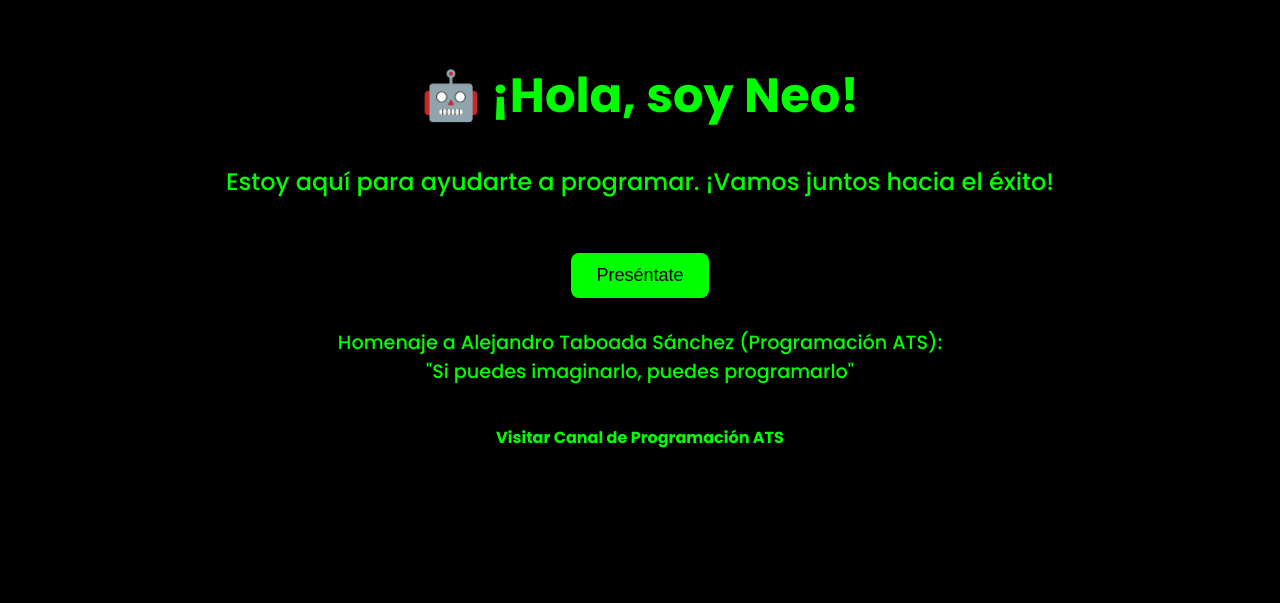
Repository: TapZc/getya_proyect
Page: Neo2.html
These files come from the project's save history. The page is drawn as it stood at one moment and after the next save; the edit follows.
The browser window is 1280 px wide. The pictures show the whole page.

Above is the page before, as saved 2025-02-19 00:05:27.

### Neo2.html
<!DOCTYPE html>
<html lang="es">
  <head>
    <meta charset="UTF-8" />
    <meta name="viewport" content="width=device-width, initial-scale=1.0" />
    <title>Neo 2.4 - Tu Ayudante Programador</title>
    <link rel="preconnect" href="https://fonts.googleapis.com">
    <link href="https://fonts.googleapis.com/css2?family=Poppins:wght@300;500;700&display=swap" rel="stylesheet">
    <style>
      body {
        font-family: 'Poppins', sans-serif;
        background-color: #000;
        color: #00FF00;
        text-align: center;
        margin-top: 60px;
      }
      h1 {
        font-size: 3rem;
        animation: aparecer 1.5s ease-out;
      }
      p {
        font-size: 1.5rem;
        margin-top: 20px;
        transition: all 0.5s ease;
      }
      button {
        margin-top: 30px;
        padding: 12px 25px;
        font-size: 18px;
        background-color: #00FF00;
        color: #000;
        border: none;
        border-radius: 8px;
        cursor: pointer;
        transition: background-color 0.3s ease, transform 0.2s ease;
      }
      button:hover {
        background-color: #00cc00;
        transform: scale(1.1);
      }
      #nombre-container, #ejercicio-container {
        display: none;
        margin-top: 20px;
      }
      #nombre-input, #respuesta-input {
        padding: 10px 20px;
        font-size: 18px;
        border: 2px solid #00FF00;
        border-radius: 25px;
        background-color: #000;
        color: #00FF00;
        outline: none;
        text-align: center;
        width: 60%;
      }
      #enviar-nombre, #enviar-respuesta {
        margin-left: 10px;
        padding: 10px 20px;
        font-size: 18px;
        background-color: #00FF00;
        color: #000;
        border: none;
        border-radius: 25px;
        cursor: pointer;
      }
      a {
        color: #00FF00;
        text-decoration: none;
        font-weight: bold;
        margin-top: 20px;
        display: inline-block;
      }
      a:hover {
        text-decoration: underline;
      }
      @keyframes aparecer {
        from {
          opacity: 0;
          transform: translateY(-20px);
        }
        to {
          opacity: 1;
          transform: translateY(0);
        }
      }
      @keyframes agrandar {
        0% { transform: scale(1); }
        50% { transform: scale(1.3); color: #fff; }
        100% { transform: scale(1); }
      }
    </style>
  </head>
  <body>
    <h1>🤖 ¡Hola, soy Neo!</h1>
    <p id="mensaje">Estoy aquí para ayudarte a programar. ¡Vamos juntos hacia el éxito!</p>
    <button id="presentate-btn" onclick="mostrarInput()">Preséntate</button>

    <div id="nombre-container">
      <input type="text" id="nombre-input" placeholder="Escribe tu nombre aquí..." />
      <button id="enviar-nombre" onclick="saludar()">Enviar</button>
    </div>

    <div id="ejercicio-container">
      <p>Resuelve este ejercicio: ¿Cuánto es 5 + 3?</p>
      <input type="text" id="respuesta-input" placeholder="Tu respuesta..." />
      <button id="enviar-respuesta" onclick="verificarRespuesta()">Enviar Respuesta</button>
    </div>

    <p style="margin-top: 30px; font-size: 1.2rem;">Homenaje a Alejandro Taboada Sánchez (Programación ATS):<br>"Si puedes imaginarlo, puedes programarlo"</p>
    <a href="https://www.youtube.com/@ProgramacionATS" target="_blank">Visitar Canal de Programación ATS</a>

    <script>
      function mostrarInput() {
        document.getElementById('nombre-container').style.display = 'block';
      }

      function saludar() {
        const nombre = document.getElementById("nombre-input").value.trim();
        const mensaje = document.getElementById("mensaje");

        if (nombre) {
          mensaje.innerHTML = "";
          let textoSaludo = `👋 ¡Bienvenido, ${nombre}! Soy Neo, tu ayudante programador 🚀`;
          let i = 0;

          let escribir = setInterval(function() {
            mensaje.innerHTML += textoSaludo[i];
            i++;
            if (i === textoSaludo.length) {
              clearInterval(escribir);
              mensaje.style.animation = "agrandar 1.5s ease";
            }
          }, 100);
          document.getElementById('presentate-btn').style.display = 'none';
          document.getElementById('ejercicio-container').style.display = 'block';
        } else {
          mensaje.innerHTML = "😢 No me dijiste tu nombre. Igual estaré aquí para ayudarte.";
        }
        document.getElementById('nombre-container').style.display = 'none';
      }

      function verificarRespuesta() {
        const respuesta = document.getElementById("respuesta-input").value.trim();
        if (respuesta === '8') {
          alert("¡Correcto! ¡Eres una berraquera! 💪🇨🇴");
        } else {
          alert("¡Inténtalo de nuevo! Tú puedes.");
        }
      }
    </script>
  </body>
</html>

After the next save:
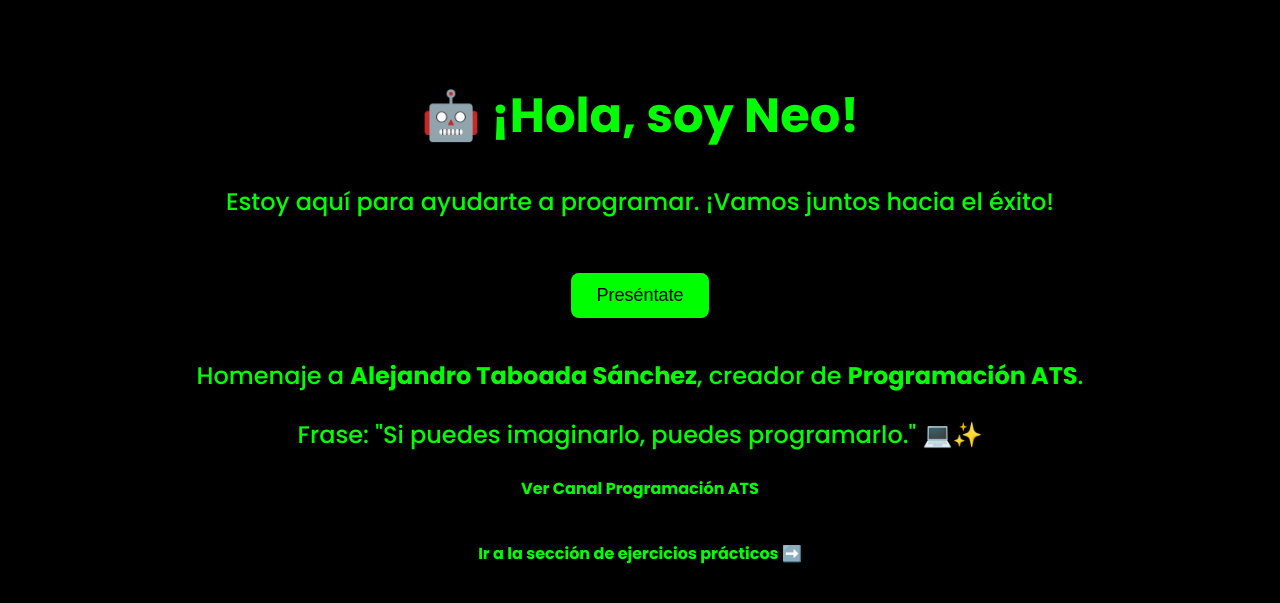
Saved 4 min 44 s later.
--- a/Neo2.html
+++ b/Neo2.html
@@ -3,7 +3,7 @@
   <head>
     <meta charset="UTF-8" />
     <meta name="viewport" content="width=device-width, initial-scale=1.0" />
-    <title>Neo 2.4 - Tu Ayudante Programador</title>
+    <title>Neo 2.3 - Tu Ayudante Programador</title>
     <link rel="preconnect" href="https://fonts.googleapis.com">
     <link href="https://fonts.googleapis.com/css2?family=Poppins:wght@300;500;700&display=swap" rel="stylesheet">
     <style>
@@ -12,7 +12,7 @@
         background-color: #000;
         color: #00FF00;
         text-align: center;
-        margin-top: 60px;
+        margin-top: 80px;
       }
       h1 {
         font-size: 3rem;
@@ -38,11 +38,11 @@
         background-color: #00cc00;
         transform: scale(1.1);
       }
-      #nombre-container, #ejercicio-container {
+      #nombre-container {
         display: none;
         margin-top: 20px;
       }
-      #nombre-input, #respuesta-input {
+      #nombre-input {
         padding: 10px 20px;
         font-size: 18px;
         border: 2px solid #00FF00;
@@ -53,7 +53,7 @@
         text-align: center;
         width: 60%;
       }
-      #enviar-nombre, #enviar-respuesta {
+      #enviar-nombre {
         margin-left: 10px;
         padding: 10px 20px;
         font-size: 18px;
@@ -63,12 +63,16 @@
         border-radius: 25px;
         cursor: pointer;
       }
+      #enlaces {
+        margin-top: 40px;
+      }
+      #ejercicios-link {
+        margin-top: 40px;
+      }
       a {
         color: #00FF00;
         text-decoration: none;
         font-weight: bold;
-        margin-top: 20px;
-        display: inline-block;
       }
       a:hover {
         text-decoration: underline;
@@ -93,21 +97,22 @@
   <body>
     <h1>🤖 ¡Hola, soy Neo!</h1>
     <p id="mensaje">Estoy aquí para ayudarte a programar. ¡Vamos juntos hacia el éxito!</p>
-    <button id="presentate-btn" onclick="mostrarInput()">Preséntate</button>
+    <button id="presentar-btn" onclick="mostrarInput()">Preséntate</button>
 
     <div id="nombre-container">
       <input type="text" id="nombre-input" placeholder="Escribe tu nombre aquí..." />
       <button id="enviar-nombre" onclick="saludar()">Enviar</button>
     </div>
 
-    <div id="ejercicio-container">
-      <p>Resuelve este ejercicio: ¿Cuánto es 5 + 3?</p>
-      <input type="text" id="respuesta-input" placeholder="Tu respuesta..." />
-      <button id="enviar-respuesta" onclick="verificarRespuesta()">Enviar Respuesta</button>
+    <div id="enlaces">
+      <p>Homenaje a <strong>Alejandro Taboada Sánchez</strong>, creador de <strong>Programación ATS</strong>.</p>
+      <p>Frase: "Si puedes imaginarlo, puedes programarlo." 💻✨</p>
+      <a href="https://www.youtube.com/c/Programaci%C3%B3nATS/playlists" target="_blank">Ver Canal Programación ATS</a>
     </div>
 
-    <p style="margin-top: 30px; font-size: 1.2rem;">Homenaje a Alejandro Taboada Sánchez (Programación ATS):<br>"Si puedes imaginarlo, puedes programarlo"</p>
-    <a href="https://www.youtube.com/@ProgramacionATS" target="_blank">Visitar Canal de Programación ATS</a>
+    <div id="ejercicios-link">
+      <a href="ejercicios.html">Ir a la sección de ejercicios prácticos ➡️</a>
+    </div>
 
     <script>
       function mostrarInput() {
@@ -117,36 +122,28 @@
       function saludar() {
         const nombre = document.getElementById("nombre-input").value.trim();
         const mensaje = document.getElementById("mensaje");
+        const presentarBtn = document.getElementById("presentar-btn");
 
         if (nombre) {
           mensaje.innerHTML = "";
           let textoSaludo = `👋 ¡Bienvenido, ${nombre}! Soy Neo, tu ayudante programador 🚀`;
           let i = 0;
-
           let escribir = setInterval(function() {
             mensaje.innerHTML += textoSaludo[i];
             i++;
             if (i === textoSaludo.length) {
               clearInterval(escribir);
+              mensaje.style.color = "#00FF00";
               mensaje.style.animation = "agrandar 1.5s ease";
+              setTimeout(() => mensaje.style.color = "#00FF00", 1500);
             }
           }, 100);
-          document.getElementById('presentate-btn').style.display = 'none';
-          document.getElementById('ejercicio-container').style.display = 'block';
+          presentarBtn.style.display = 'none';
         } else {
           mensaje.innerHTML = "😢 No me dijiste tu nombre. Igual estaré aquí para ayudarte.";
         }
         document.getElementById('nombre-container').style.display = 'none';
       }
-
-      function verificarRespuesta() {
-        const respuesta = document.getElementById("respuesta-input").value.trim();
-        if (respuesta === '8') {
-          alert("¡Correcto! ¡Eres una berraquera! 💪🇨🇴");
-        } else {
-          alert("¡Inténtalo de nuevo! Tú puedes.");
-        }
-      }
     </script>
   </body>
 </html>
